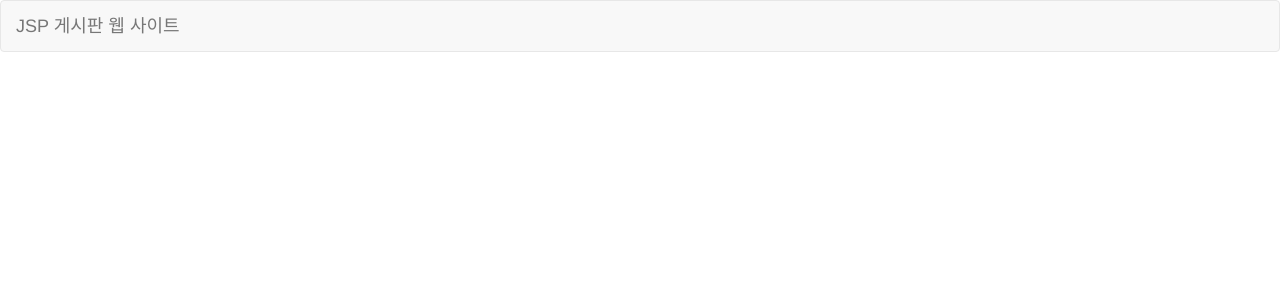
Repository: thdrmsqhd/JSPBBS
Page: http://localhost/BBS/login.jsp
An editor plug-in stored every save of this project. The page is shown before and after the next save, followed by the edit.
The browser window is 1280 px wide. The pictures show the whole page.
Some web libraries are served in a nearby version. The page is served by Tomcat 9.

Above is the page before, as saved 2020-06-16 09:45:35.

After the next save:
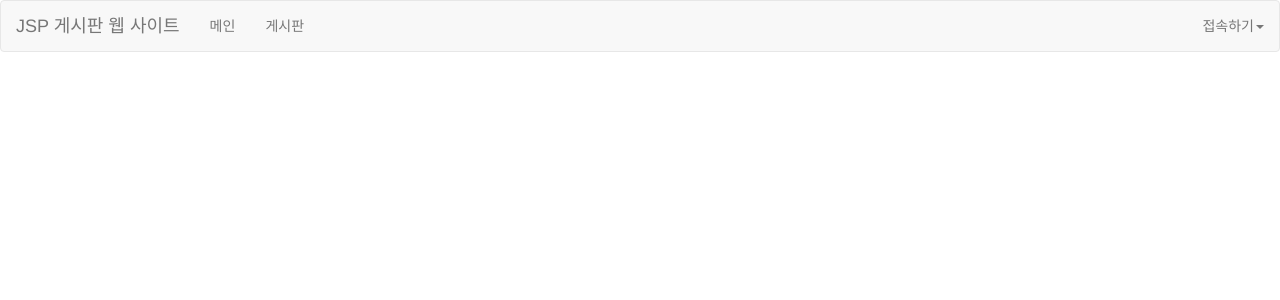
Saved 10 min 50 s later.
--- a/BBS/WebContent/login.jsp
+++ b/BBS/WebContent/login.jsp
@@ -20,6 +20,19 @@
 				</button>
 				<a class="navbar-brand" href="main.jsp">JSP 게시판 웹 사이트</a>
 		</div>
+		<div class="collapse navbar-collapse" id="bs-example-navbar-collapse-1">
+			<ul class="nav navbar-nav">
+				<li><a href="main.jsp">메인</a>
+				<li><a href="bbs.jsp">게시판</a>
+			</ul>
+			<ul class="nav navbar-nav navbar-right">
+				<li class="dropdown">
+					<a href="#" class="dropdown-toggle"
+						data-toggle="dropdown" role="button" aria-haspopup="true"
+						aria-expanded="false">접속하기<span class="caret"></span></a>
+				</li>
+			</ul>
+		</div>
 	</nav>
 	<script src="https://code.jquery.com/jquery-3.1.1.min.js"></script>
 	<script src="js/bootstrap.js"></script>
